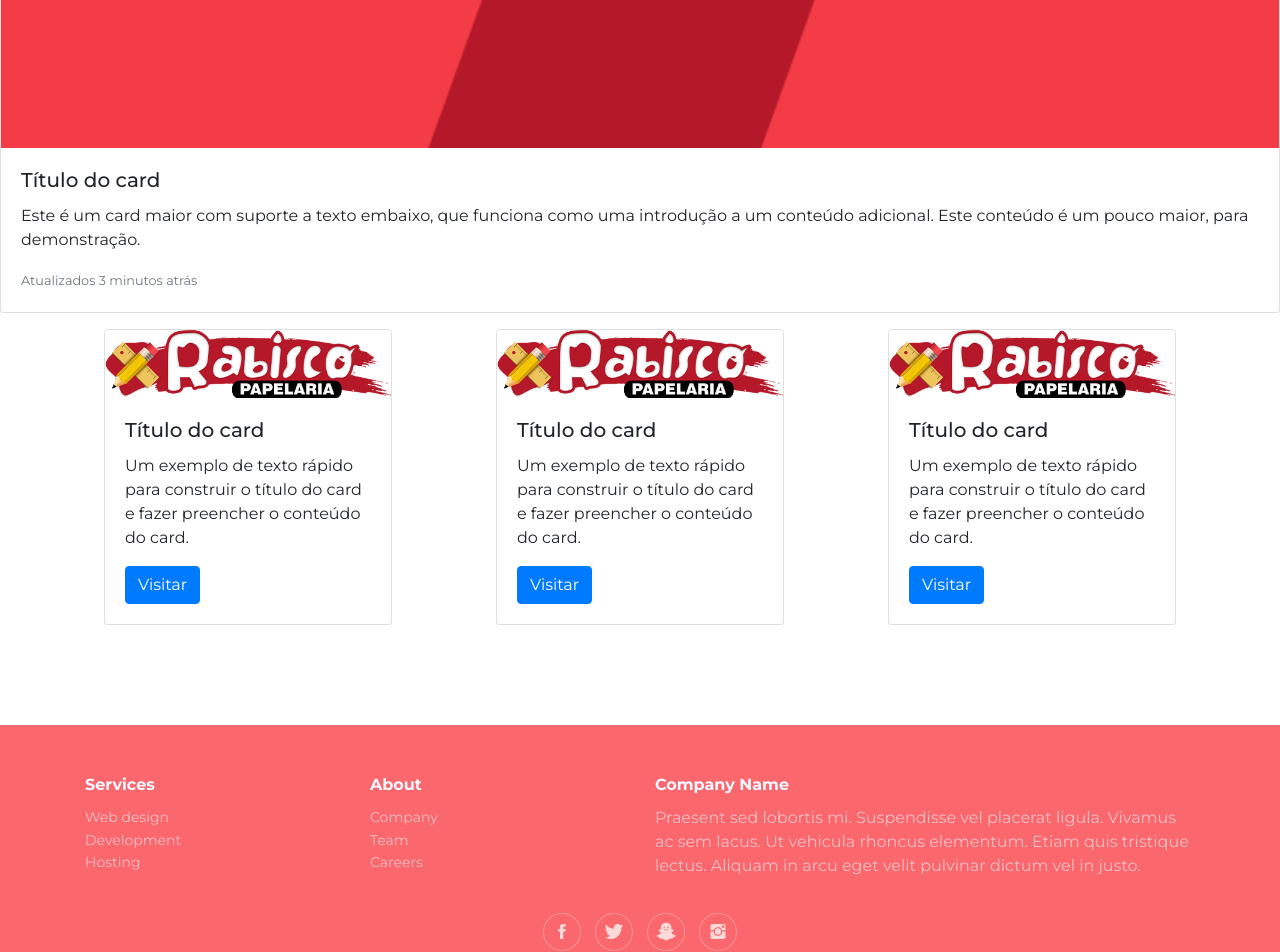
Repository: mateus-henrique-silva/SiteJonas
Page: index.html
These files come from the project's save history. The page is drawn as it stood at one moment and after the next save; the edit follows.
The browser window is 1280 px wide. The pictures show the part of the page from y = 1528 to 2480 px (the page is 2572 px tall).
Some web libraries are served in a nearby version.

Above is the page before, as saved 2022-07-21 12:48:58.

After the next save:
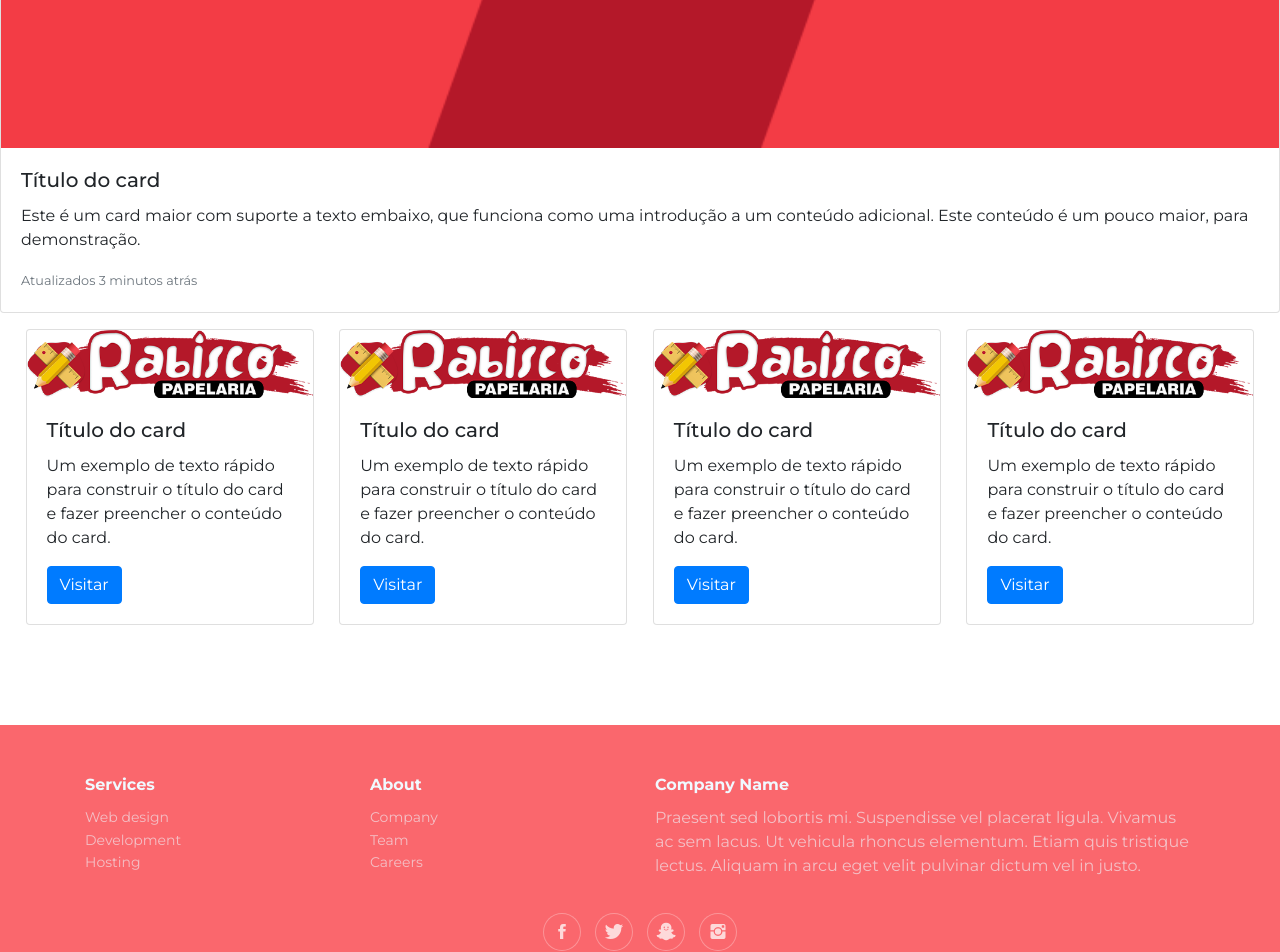
Saved 7 s later.
--- a/index.html
+++ b/index.html
@@ -195,6 +195,16 @@
 
                 </div>
 
+                <div class="card" style="width: 18rem;">
+                    <img class="card-img-top" src="./src/assets/images/logo.png" alt="Imagem de capa do card">
+                    <div class="card-body">
+                      <h5 class="card-title">Título do card</h5>
+                      <p class="card-text">Um exemplo de texto rápido para construir o título do card e fazer preencher o conteúdo do card.</p>
+                      <a href="#" class="btn btn-primary">Visitar</a>
+                    </div>
+
+
+                </div>
 
            </div>
 
